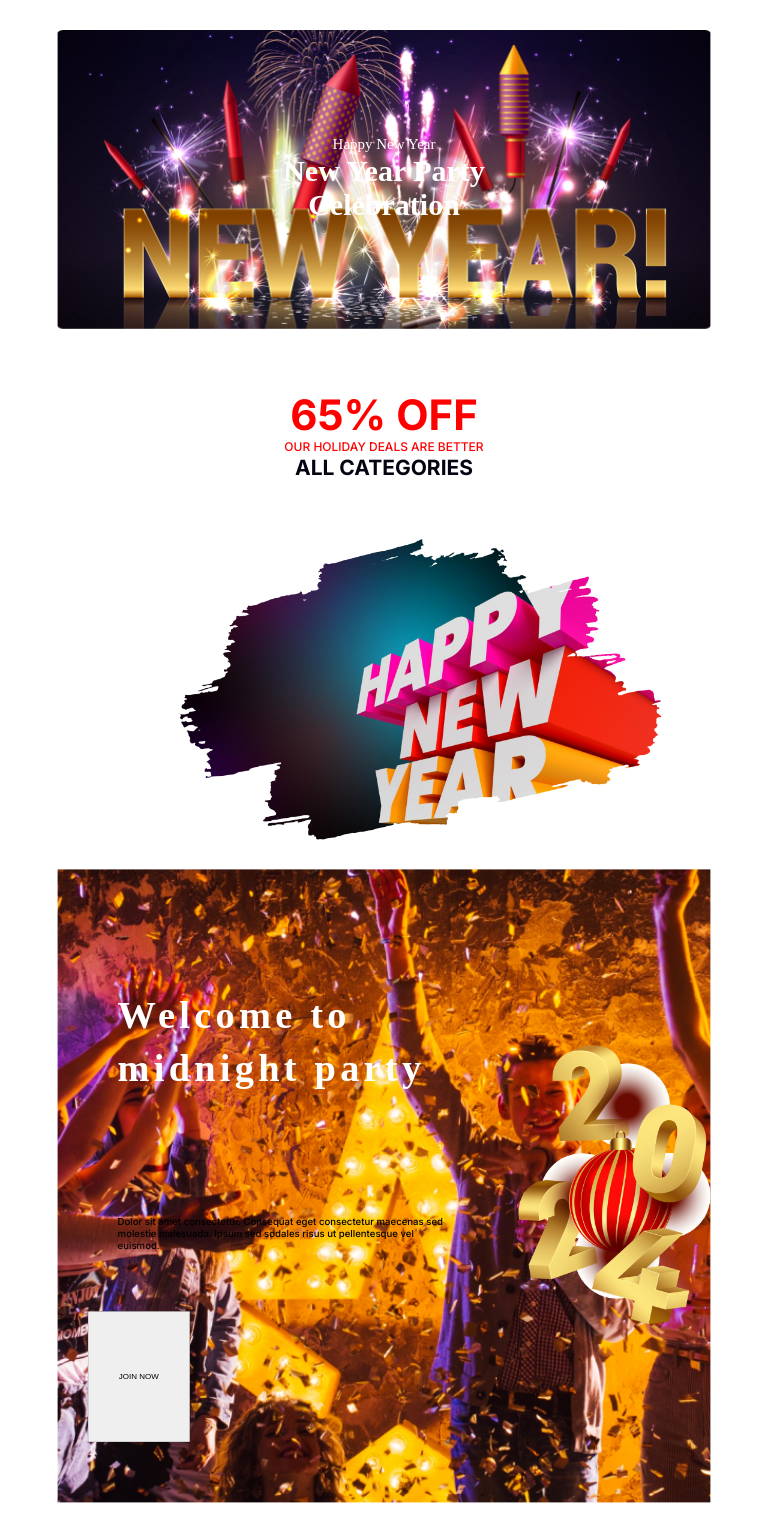
Repository: sumonkumarsarkar/new-year-2024
Page: index.html
An editor plug-in stored every save of this project. The page is shown before and after the next save, followed by the edit.
The browser window is 1280 px wide. The pictures show the whole page, at 60% of full size.

Above is the page before, as saved 2024-01-08 11:18:43.

After the next save:
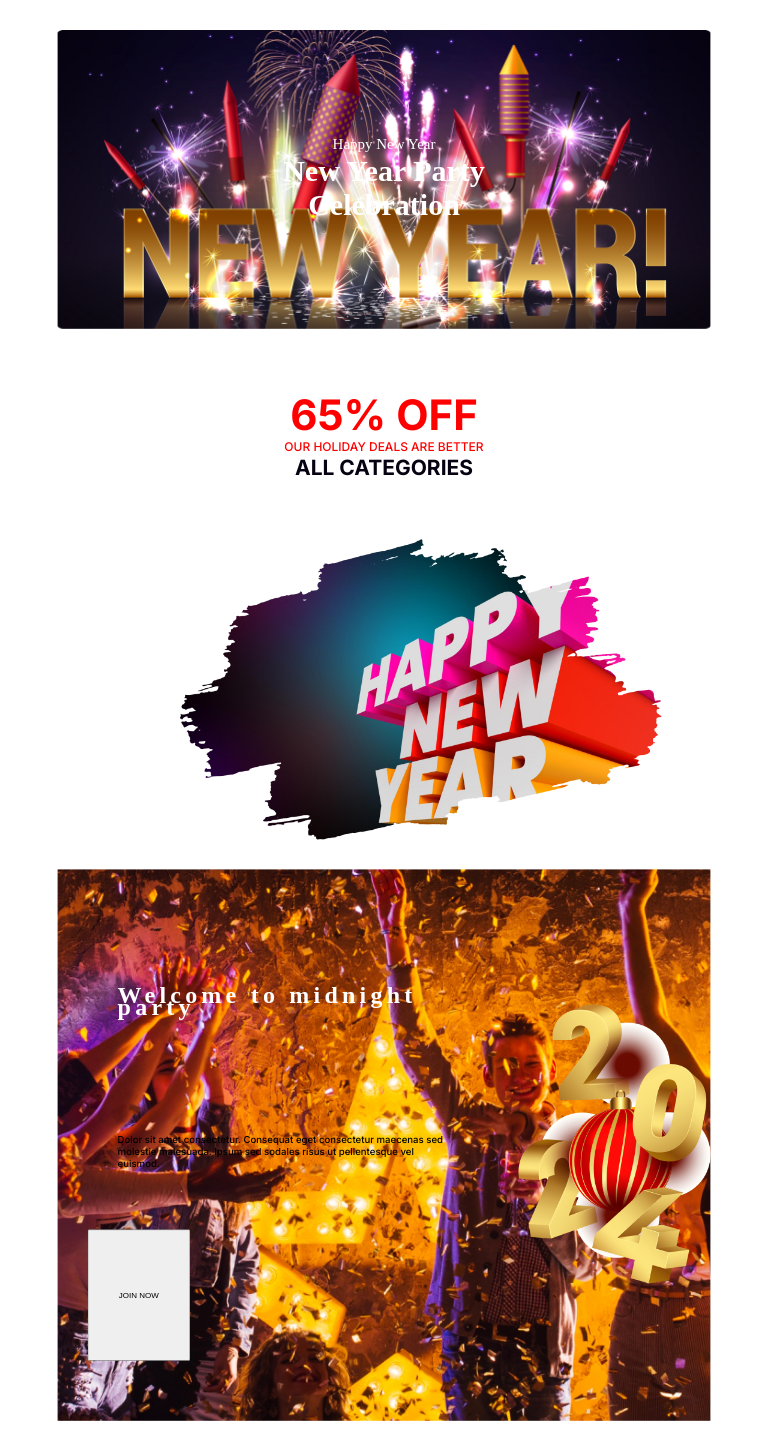
Saved 60 s later.
--- a/style.css
+++ b/style.css
@@ -123,14 +123,14 @@ body{
 
 }
 .midnight-text h3{
-    padding: 100px 50px;
-    align-items: center;
-    color: #FFF;
+padding: 100px 50px;
+align-items: center;
+color: #FFF;
 font-family: Merriweather;
-font-size: 64px;
+font-size: 40px;
 font-style: normal;
 font-weight: 900;
-line-height: 88px;
+line-height: 20px;
 letter-spacing: 7.04px;
 
 }
